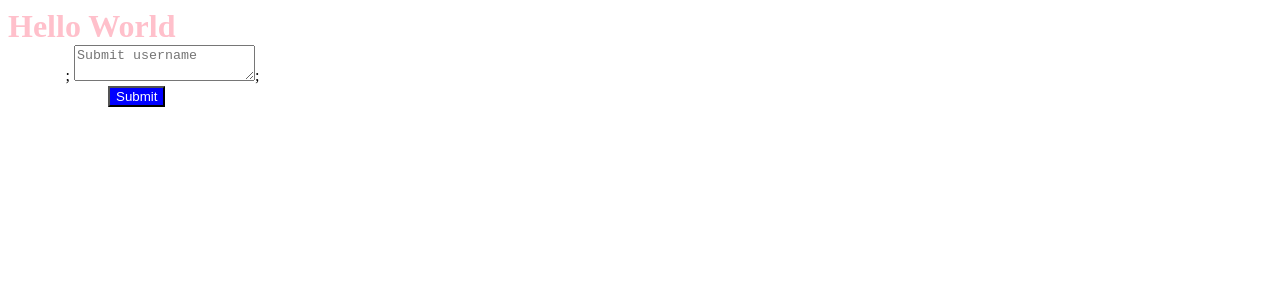
Repository: Flamemaster921/Feature-Showcase
Page: Index/firstPage/Website.html
An editor plug-in stored every save of this project. The page is shown before and after the next save, followed by the edit.
The browser window is 1280 px wide. The pictures show the whole page.

Above is the page before, as saved 2025-12-15 01:50:01.

After the next save:
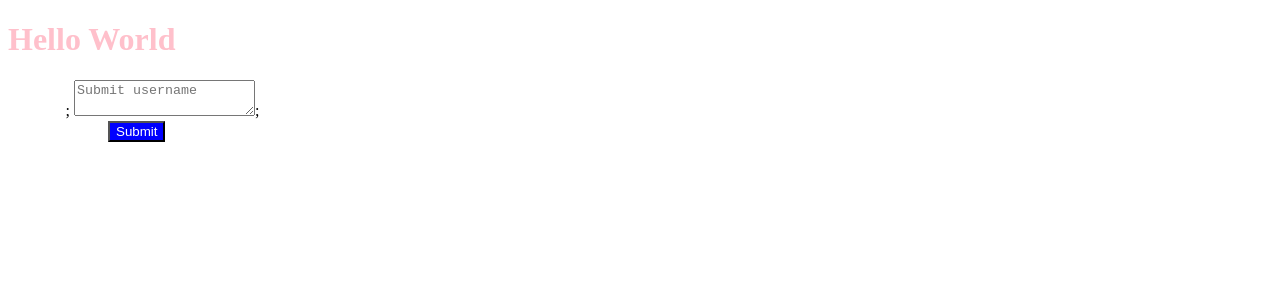
Saved 12 s later.
--- a/Index/firstPage/Design.css
+++ b/Index/firstPage/Design.css
@@ -1,7 +1,7 @@
 .titleCard {
     display: block;
     color: pink;
-    margin: 0 auto;
+    margin: 1 auto;
 }
 
 .primary-btn {

After the 4 saves that followed:
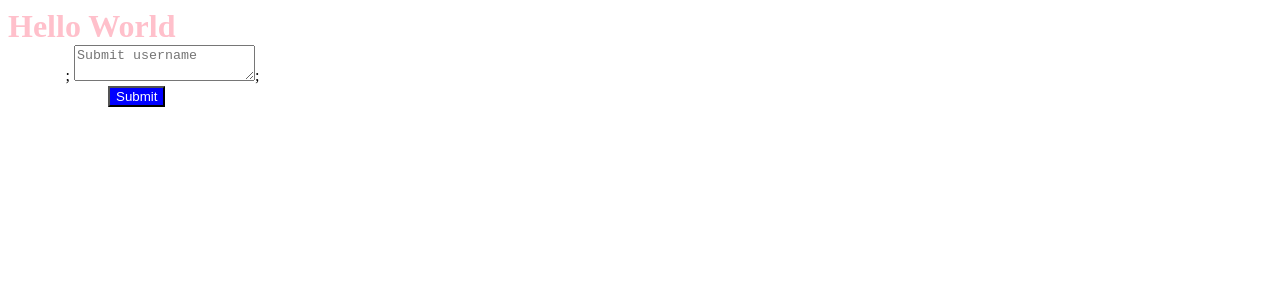
The 4 saves are shown as one change because 2 left the picture as it was and some came seconds apart.
The last was saved 21 s later.
--- a/Index/firstPage/Design.css
+++ b/Index/firstPage/Design.css
@@ -1,7 +1,7 @@
 .titleCard {
     display: block;
     color: pink;
-    margin: 1 auto;
+    margin: 0 auto;
 }
 
 .primary-btn {
